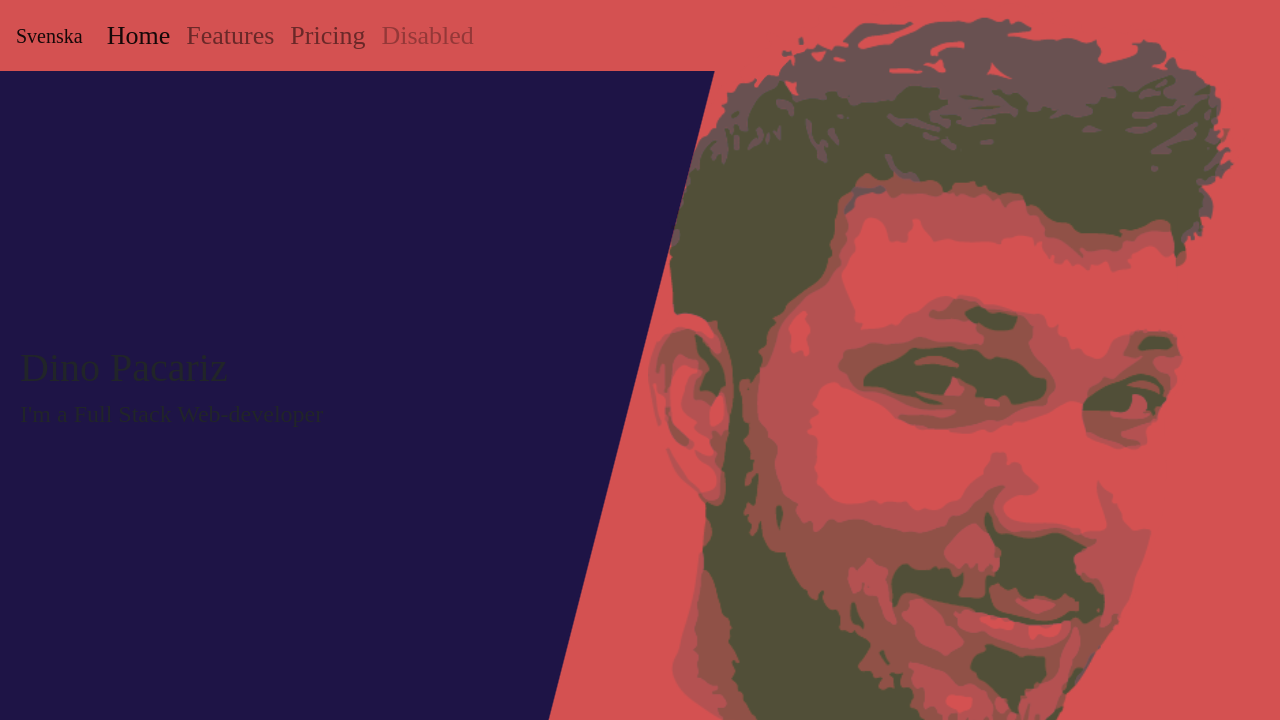
Repository: ImDino/Portfolio
Page: index.html
An editor plug-in stored every save of this project. The page is shown before and after the next save, followed by the edit.
The browser window is 1280 px wide. The pictures show the whole page.
Some web libraries are served in a nearby version. The style sheet was rebuilt from its Sass, Less or Tailwind sources for each picture, by a compiler version that may differ from the author's.

Above is the page before, as saved 2020-11-04 00:09:11.

After the next save:
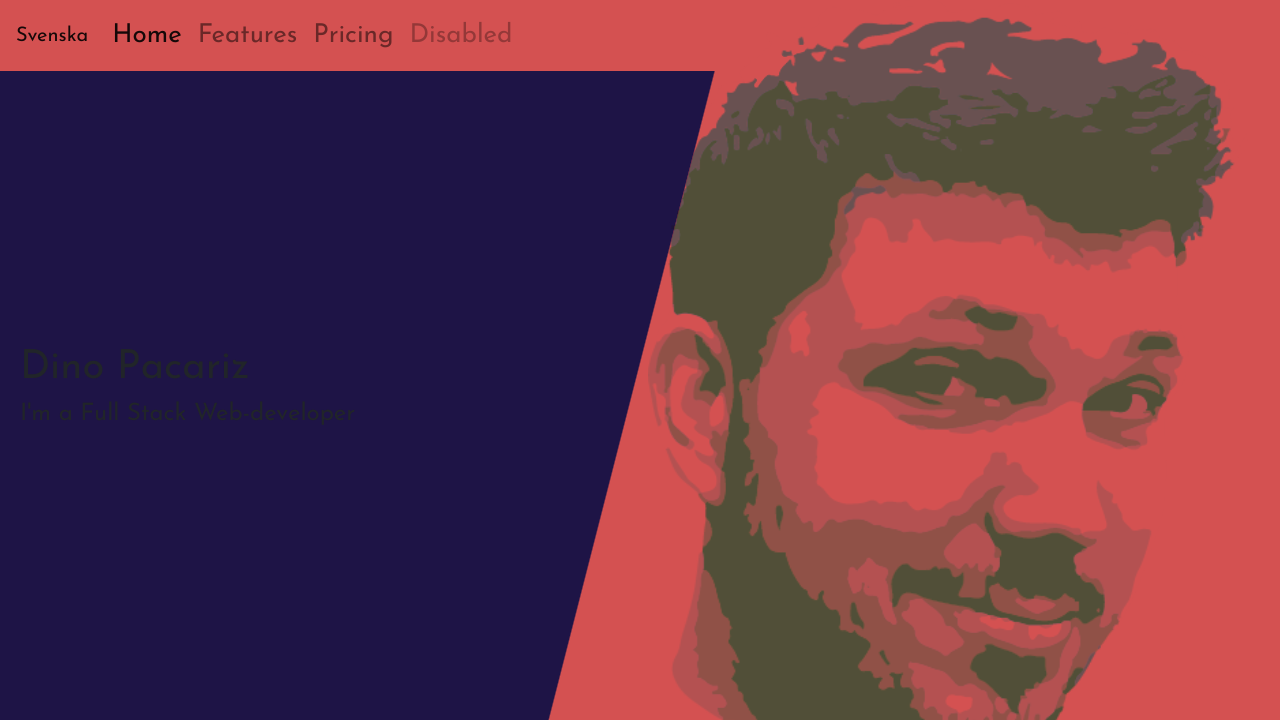
Saved 115 s later.
--- a/index.html
+++ b/index.html
@@ -4,6 +4,8 @@
     <meta charset="UTF-8">
     <meta name="viewport" content="width=device-width, initial-scale=1.0">
     <link rel="stylesheet" href="https://cdn.jsdelivr.net/npm/bootstrap@4.5.3/dist/css/bootstrap.min.css" integrity="sha384-TX8t27EcRE3e/ihU7zmQxVncDAy5uIKz4rEkgIXeMed4M0jlfIDPvg6uqKI2xXr2" crossorigin="anonymous">
+    <link href="https://fonts.googleapis.com/css2?family=Josefin+Sans&display=swap" rel="stylesheet">
+
     <script src="https://code.jquery.com/jquery-3.5.1.slim.min.js" integrity="sha384-DfXdz2htPH0lsSSs5nCTpuj/zy4C+OGpamoFVy38MVBnE+IbbVYUew+OrCXaRkfj" crossorigin="anonymous"></script>
     <script src="https://cdn.jsdelivr.net/npm/bootstrap@4.5.3/dist/js/bootstrap.bundle.min.js" integrity="sha384-ho+j7jyWK8fNQe+A12Hb8AhRq26LrZ/JpcUGGOn+Y7RsweNrtN/tE3MoK7ZeZDyx" crossorigin="anonymous"></script>
     <script src="https://cdnjs.cloudflare.com/ajax/libs/gsap/3.5.1/gsap.min.js"></script>
